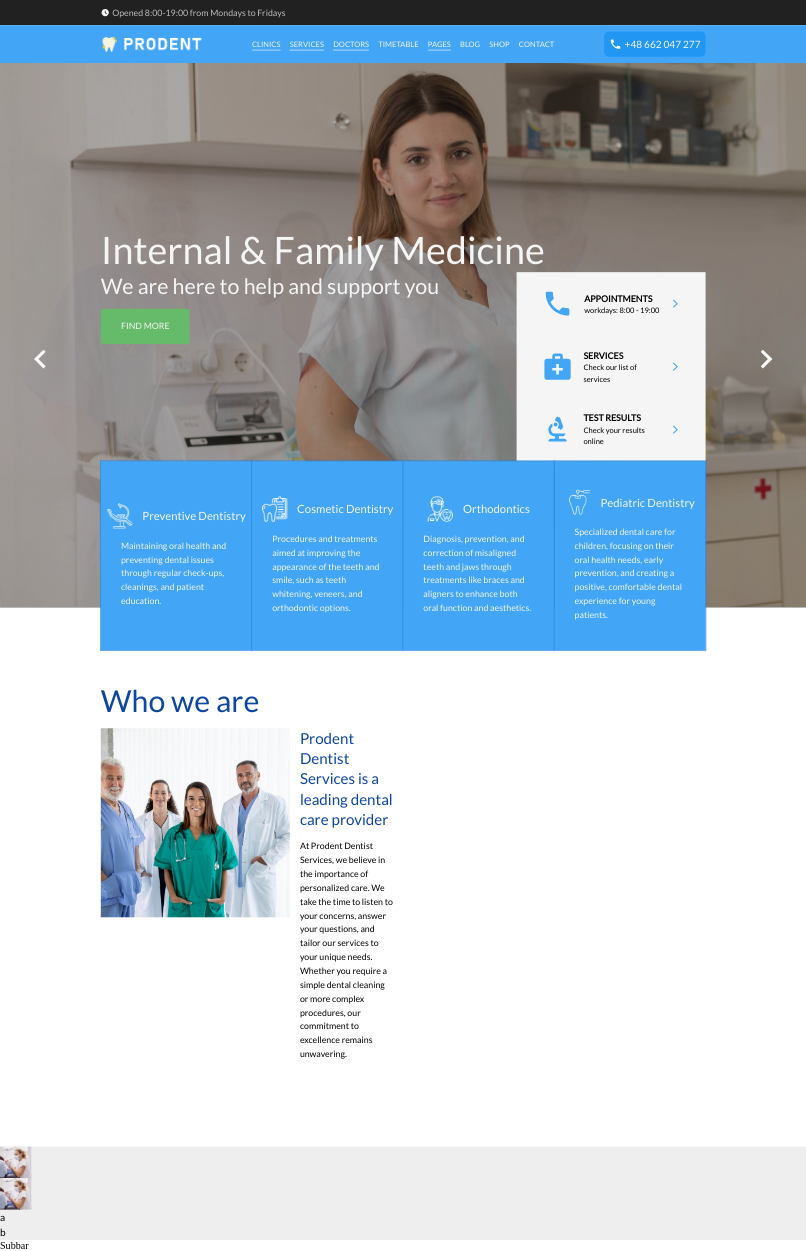
Repository: princ3-web/8
Page: /
An editor plug-in stored every save of this project. The page is shown before and after a run of saves, followed by the edit.
The browser window is 1280 px wide. The pictures show the whole page, at 63% of full size.
The project was rebuilt for these pictures with package versions that can differ from the ones it lists, and the page was loaded fresh each time. Also part of the build but not shown: vite.config.js, src/subpages/About.jsx, src/index.css.

Above is the page before, as saved 2023-11-02 15:30:12.

### index.html
<!doctype html>
<html lang="en">
  <head>
    <meta charset="UTF-8" />
    <link rel="icon" type="image/svg+xml" href="/vite.svg" />
    <meta name="viewport" content="width=device-width, initial-scale=1.0" />
    <title>Vite + React</title>
    <link rel="preconnect" href="https://fonts.googleapis.com">
    <link rel="preconnect" href="https://fonts.gstatic.com" crossorigin>
    <link href="https://fonts.googleapis.com/css2?family=Lato&display=swap" rel="stylesheet">
  </head>
  <body>
    <div id="root"></div>
    <script type="module" src="/src/main.jsx"></script>
  </body>
</html>

### src/App.jsx
import "./App.css";
import { Box } from "@mui/material";
import { Route, Routes } from "react-router-dom";
import Home from "./subpages/Home";
import About from "./subpages/About";
import Navbar from "./components/Navbar";
import Subbar from "./components/Subbar";
import { createTheme, ThemeProvider } from "@mui/material/styles";

function App() {

  const theme = createTheme({
    typography: {
      fontFamily: "Lato, sans-serif",
    },
  });



  return (
    <ThemeProvider theme={theme}>
    <Box>

      <Navbar />

      <Routes>
        <Route path="/" element={<Home />} />
        <Route path="/about" element={<About />} />
      </Routes>
      <Subbar />
    </Box>
    </ThemeProvider>
  );
}

export default App;

### src/App.css
body {
  padding: 0;
  margin: 0;
  overflow-x: "hidden";
}

### src/subpages/Home.jsx
import React, { useEffect, useState } from "react";
import { Box, CardMedia, Typography, Button, Fade } from "@mui/material";
import image1 from "../assets/images/1.jpg";
import image2 from "../assets/images/2.jpg";
import image3 from "../assets/images/3.jpg";
import image4 from "../assets/images/4.jpg";
import image5 from "../assets/images/5.jpg";
import { green, grey, blue } from "@mui/material/colors";
import PhoneIcon from "@mui/icons-material/Phone";
import MedicalServicesIcon from "@mui/icons-material/MedicalServices";
import BiotechIcon from "@mui/icons-material/Biotech";
import ArrowForwardIosIcon from "@mui/icons-material/ArrowForwardIos";
import icon1 from "../assets/icons/1.png";
import icon2 from "../assets/icons/2.png";
import icon3 from "../assets/icons/3.png";
import icon4 from "../assets/icons/4.png";
import SingleCarousel from "../components/SingleCarousel";

const Menu = () => {
  const items0 = [
    {
      title: "Preventive Dentistry",
      text: "Maintaining oral health and preventing dental issues through regular check-ups, cleanings, and patient education.",
      icon: icon1,
    },
    {
      title: "Cosmetic Dentistry",
      text: "Procedures and treatments aimed at improving the appearance of the teeth and smile, such as teeth whitening, veneers, and orthodontic options.",
      icon: icon2,
    },
    {
      title: "Orthodontics",
      text: "Diagnosis, prevention, and correction of misaligned teeth and jaws through treatments like braces and aligners to enhance both oral function and aesthetics.      ",
      icon: icon3,
    },
    {
      title: "Pediatric Dentistry",
      text: "Specialized dental care for children, focusing on their oral health needs, early prevention, and creating a positive, comfortable dental experience for young patients.      ",
      icon: icon4,
    },
  ];

  const items1 = [
    {
      title: "APPOINTMENTS",
      text: "workdays: 8:00 - 19:00",
      icon: <PhoneIcon sx={{ color: blue[400], fontSize: "50px", mr: "1rem" }} />,
    },
    {
      title: "SERVICES",
      text: "Check our list of services",
      icon: <MedicalServicesIcon sx={{ color: blue[400], fontSize: "50px", mr: "1rem" }} />,
    },
    {
      title: "TEST RESULTS",
      text: "Check your results online",
      icon: <BiotechIcon sx={{ color: blue[400], fontSize: "50px", mr: "1rem" }} />,
    },
  ];

  return (
    <Box
      sx={{
        position: "absolute",
        display: "flex",
        flexDirection: "column",
        alignItems: "flex-end",
        boxSizing: "border-box",
        top: "60%",
        px: "160px",
        width: "100%",
      }}
    >
      <Box
        sx={{
          display: "flex",
          flexDirection: "column",
          justifyContent: "space-evenly",
          alignItems: "center",
          backgroundColor: grey[100],
          width: "300px",
          height: "300px",
        }}
      >
        {items1.map((item) => (
          <Box
            sx={{
              display: "flex",
              alignItems: "center",
              justifyContent: "space-between",
              width: "100%",
              height: "33%",
              boxSizing: "border-box",
              px: "40px",
              transition: "0.25s",
              ":hover": {
                backgroundColor: grey[300],
                cursor: "pointer",
              },
            }}
          >
            {item.icon}
            <Box>
              <Typography sx={{ fontSize: "14px", fontWeight: 600 }}>{item.title}</Typography>
              <Typography sx={{ fontSize: "12px" }}>{item.text}</Typography>
            </Box>
            <ArrowForwardIosIcon sx={{ color: blue[400], fontSize: "16px", ml: "1rem" }} />
          </Box>
        ))}
      </Box>
      <Box sx={{ display: "flex", width: "100%" }}>
        {items0.map((item) => (
          <Box
            sx={{
              display: "flex",
              flexDirection: "column",
              justifyContent: "center",
              alignItems: "center",
              backgroundColor: blue[400],
              width: "300px",
              height: "300px",
              outline: "1px solid " + blue[600],
              transition: "0.25s",
              ":hover": {
                backgroundColor: blue[500],
                cursor: "pointer",
              },
            }}
          >
            <Box sx={{ display: "flex", alignItems: "center", mb: "1rem" }}>
              <CardMedia
                component="img"
                src={item.icon}
                alt=""
                sx={{ width: "40px", mr: "1rem" }}
              />
              <Typography color={grey[100]} sx={{ fontSize: "18px" }}>
                {item.title}
              </Typography>
            </Box>
            <Typography color={grey[100]} variant="subtitle2" sx={{ px: "2rem" }}>
              {item.text}
            </Typography>
          </Box>
        ))}
      </Box>
    </Box>
  );
};

const Home = () => {

  const [currentImageIndex, setCurrentImageIndex] = useState(0);

  useEffect(() => {
    const interval = setInterval(() => {
      const nextIndex = (currentImageIndex + 1) % images.length;
      setCurrentImageIndex(nextIndex);
    }, 4000);

    return () => {
      clearInterval(interval);
    };
  }, [currentImageIndex]);

  const images = [image1, image2, image3, image4];

  return (
    <Box>
      <SingleCarousel images={images} />

      <Box sx={{ position: "absolute", top: "50%", left: "160px", zIndex: 1 }}>
        <Typography variant="h2" sx={{ color: grey[100] }}>
          Internal & Family Medicine
        </Typography>
        <Typography variant="h4" sx={{ color: grey[100] }}>
          We are here to help and support you
        </Typography>
        <Button
          sx={{
            backgroundColor: green[400],
            color: grey[100],
            py: "1rem",
            px: "2rem",
            mt: "1rem",
            "&:hover": {
              backgroundColor: green[700],
              cursor: "pointer",
            },
          }}
        >
          FIND MORE
        </Button>
      </Box>
      <Menu />
      <Box sx={{ boxSizing: "border-box", px: "160px", py: "120px" }}>
        <Typography variant="h3" color={blue[900]}>
          Who we are
        </Typography>
        <Box sx={{ display: "flex", width: "50%" }}>
          <CardMedia
            component="img"
            src={image1}
            alt=""
            sx={{ width: "300px", height: "300px", mt: "1rem" }}
          />
          <Box sx={{ p: "1rem" }}>
            <Typography variant="h5" sx={{ mb: "1rem" }} color={blue[900]}>
              Prodent Dentist Services is a leading dental care provider
            </Typography>

            <Typography variant="subtitle2">
              At Prodent Dentist Services, we believe in the importance of personalized care. We
              take the time to listen to your concerns, answer your questions, and tailor our
              services to your unique needs. Whether you require a simple dental cleaning or more
              complex procedures, our commitment to excellence remains unwavering.
            </Typography>
          </Box>
        </Box>
      </Box>
      <Box sx={{backgroundColor: grey[200]}}>
        <CardMedia component="img" src={image5} alt="" sx={{ width: "50px", height: "50px" }} />
        <Box>
        <CardMedia component="img" src={image5} alt="" sx={{ width: "50px", height: "50px" }} />
        <Typography>a</Typography>
        <Typography>b</Typography>
        </Box>
      </Box>
    </Box>
  );
};

export default Home;

### src/components/Navbar.jsx
import React from "react";
import { Box, Typography, CardMedia, Menu, MenuItem } from "@mui/material";
import { blue, grey } from "@mui/material/colors";
import PhoneIcon from "@mui/icons-material/Phone";
import AccessTimeFilledIcon from "@mui/icons-material/AccessTimeFilled";
import logo from "../assets/icons/logo.png";

const Navbar = () => {
  const items = [
    { name: "CLINICS", items: ["Dental Clinic 1", "Dental Clinic 2", "Dental Clinic 3"] },
    { name: "SERVICES", items: ["Orthodontics", "Cosmetic Dentistry", "Preventive Dentistry"] },
    { name: "DOCTORS", items: ["Dentist 1", "Dentist 2", "Dentist 3"] },
    { name: "TIMETABLE", items: [] },
    { name: "PAGES", items: ["Home Page", "About Us", "Services Page"] },
    { name: "BLOG", items: [] },
    { name: "SHOP", items: [] },
    {
      name: "CONTACT",
      items: [],
    },
  ];

  const handleMenuItemHover = (event, index) => {
    const dropdownMenu = event.currentTarget.querySelector(".dropdown-menu");
    if (dropdownMenu) {
      dropdownMenu.style.visibility = "visible";
      dropdownMenu.style.filter = "opacity(1)";
    }
  };

  const handleMenuItemLeave = (event) => {
    const dropdownMenu = event.currentTarget.querySelector(".dropdown-menu");
    if (dropdownMenu) {
      dropdownMenu.style.visibility = "hidden";
      dropdownMenu.style.filter = "opacity(0)";
    }
  };

  return (
    <Box sx={{ position: "relative", zIndex: 2 }}>
      <Box
        sx={{
          display: "flex",
          alignItems: "center",
          height: "40px",
          width: "100%",
          backgroundColor: grey[900],
          pl: "160px",
          boxSizing: "border-box",
        }}
      >
        <AccessTimeFilledIcon sx={{ color: grey[100], fontSize: "14px", mr: "0.25rem" }} />
        <Typography color={grey[400]} variant="subtitle2">
          Opened 8:00-19:00 from Mondays to Fridays
        </Typography>
      </Box>
      <Box
        sx={{
          display: "flex",
          justifyContent: "space-between",
          alignItems: "center",
          boxSizing: "border-box",
          px: "160px",
          backgroundColor: blue[400],
          height: "60px",
        }}
      >
        <Box>
          <CardMedia component="img" src={logo} alt="" sx={{ height: "30px" }} />
        </Box>
        <Box
          sx={{
            display: "flex",
            justifyContent: "space-between",
            alignItems: "center",
            width: "50%",
            height: "100%",
          }}
        >
          {items.map((item, index) => (
            <Box
              key={index}
              onMouseEnter={(e) => handleMenuItemHover(e, index)}
              onMouseLeave={handleMenuItemLeave}
              sx={{ display: "flex", alignItems: "center", height: "100%" }}
            >
              <Typography
                sx={{
                  color: grey[100],
                  textDecoration: item.items.length < 1 ? "none" : "underline",
                  textUnderlineOffset:"5px",
                  fontSize: "12px",
                  ":hover": { cursor: "pointer", color: blue[100] },
                }}
              >
                {item.name}
              </Typography>
              <Box
                className="dropdown-menu"
                sx={{
                  visibility: "hidden",
                  position: "absolute",
                  backgroundColor: grey[100],
                  transition: "0.5s",
                  filter: "opacity(0)",
                  fontSize: "12px",
                  mt: "190px",
                  ml: "-10px",
                  py:"0.5rem",
                }}
              >
                {item.items.map((item) => (

                  <MenuItem sx={{ fontSize: "12px", p:"1rem", pr:"7rem" }}>{item}</MenuItem>
                ))}
              </Box>
            </Box>
          ))}
        </Box>
        <Box
          sx={{
            display: "flex",
            alignItems: "center",
            p: "0.5rem",
            borderRadius: ".5rem",
            backgroundColor: blue[500],
          }}
        >
          <PhoneIcon sx={{ color: grey[100], fontSize: "20px", mr: "0.25rem" }} />
          <Typography color={grey[100]}>+48 662 047 277</Typography>
        </Box>
      </Box>
    </Box>
  );
};

export default Navbar;

### src/components/Subbar.jsx
import React from 'react'

const Subbar = () => {
  return (
    <div>Subbar</div>
  )
}

export default Subbar

### src/components/SingleCarousel.jsx
import React, { useState, useEffect } from "react";
import KeyboardArrowLeftIcon from "@mui/icons-material/KeyboardArrowLeft";
import KeyboardArrowRightIcon from "@mui/icons-material/KeyboardArrowRight";
import IconButton from "@mui/material/IconButton";
import Box from "@mui/material/Box";
import { grey } from "@mui/material/colors";
import { CardMedia } from "@mui/material";

const SingleCarousel = ({ images }) => {
  const [index, setIndex] = useState(0);
  const [transition, setTransition] = useState(false);
  const [hover, setHover] = useState(false);

  useEffect(() => {
    const interval = setInterval(() => {
      setIndex((state) => (state === images.length - 1 ? 0 : state + 1));
    }, 5000);

    return () => {
      clearInterval(interval);
    };
  }, [hover]);

  const handlePrevious = () => {
    if (!transition) {
      setTransition(true);
      setIndex((state) => (state > 0 ? setIndex(state - 1) : setIndex(images.length - 1)));
      setTimeout(() => setTransition(false), 500);
    }
  };

  const handleNext = () => {
    if (!transition) {
      setTransition(true);
      setIndex((state) => (state < images.length - 1 ? setIndex(state + 1) : setIndex(0)));
      setTimeout(() => setTransition(false), 500);
    }
  };

  return (
    <Box height={"120vh"} sx={{ position: "relative", overflow: "hidden", backgroundColor: grey[900] }}>
      {images.map((item, n) => (
        <Box
          sx={{
            position: "absolute",
            justifyContent: "center",
            alignContent: "center",
            width: "100%",
            height: "100%",
            transition: "2s",
            filter: n === index ? "Opacity(1)" : "Opacity(0)",
          }}
        >
          <CardMedia
            component="img"
            src={item}
            sx={{ height: "100%", filter: "brightness(0.8)" }}
          />

        </Box>
      ))}
      <Box
        sx={{
          position: "absolute",
          display: "flex",
          justifyContent: "space-between",
          width: "96%",
          left: "2%",
          top: "50%",
        }}
      >
        <IconButton
          onClick={handlePrevious}
          onMouseOver={() => setHover(true)}
          onMouseLeave={() => setHover(false)}
        >
          <KeyboardArrowLeftIcon style={{ color: grey[50], zIndex: 10, fontSize: 60 }} />
        </IconButton>
        <IconButton
          onClick={handleNext}
          onMouseOver={() => setHover(true)}
          onMouseLeave={() => setHover(false)}
        >
          <KeyboardArrowRightIcon style={{ color: grey[50], zIndex: 10, fontSize: 60 }} />
        </IconButton>
      </Box>
    </Box>
  );
};

export default SingleCarousel;

Loaded but not shown: src/main.jsx (common file); src/index.css (no copy from this time; the picture is the same without it)

After the next 4 saves:
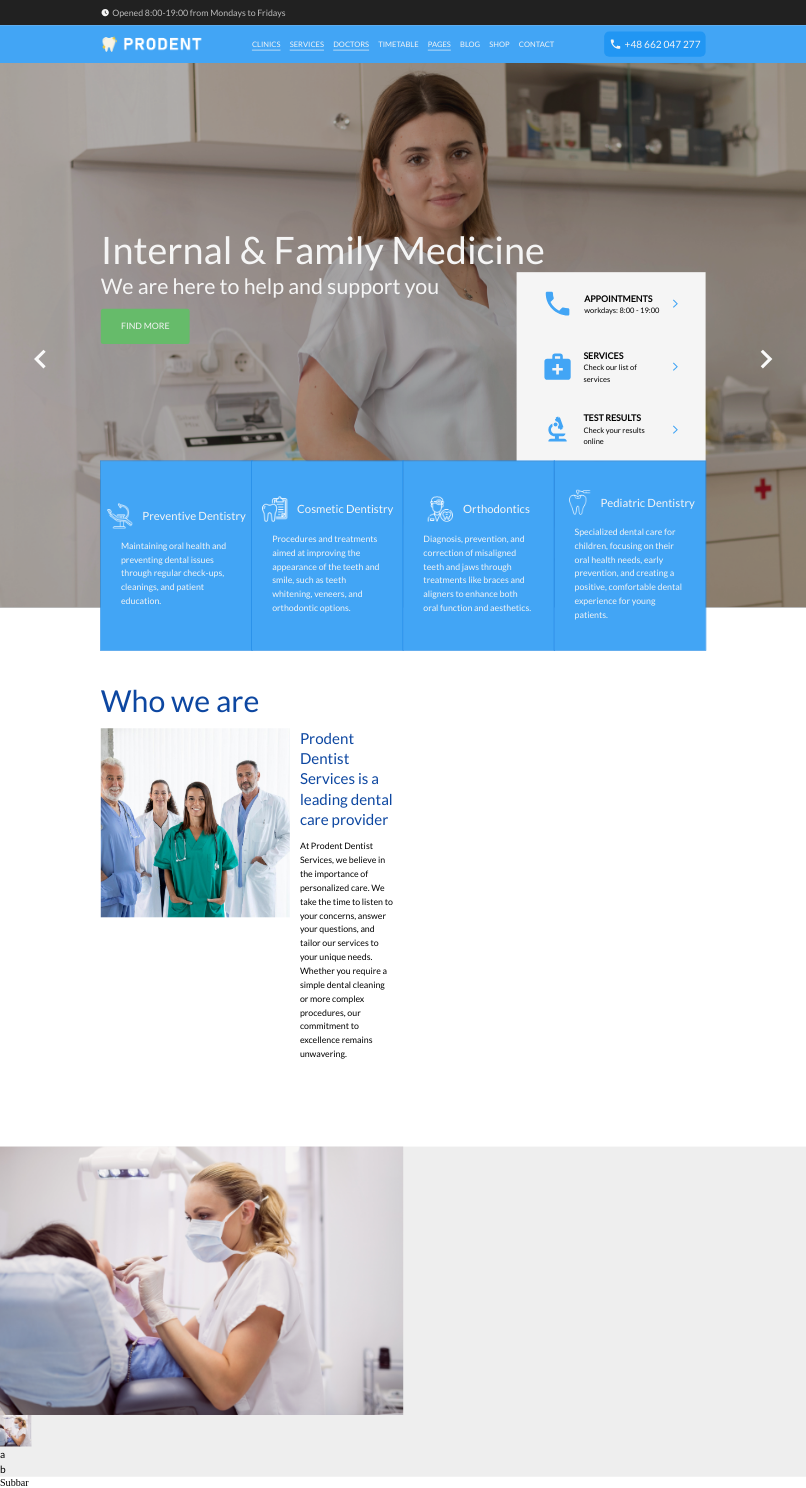
The 4 saves are shown as one change because they came seconds apart.
The last was saved 13 s later.
--- a/src/subpages/Home.jsx
+++ b/src/subpages/Home.jsx
@@ -219,7 +219,7 @@ const Home = () => {
         </Box>
       </Box>
       <Box sx={{backgroundColor: grey[200]}}>
-        <CardMedia component="img" src={image5} alt="" sx={{ width: "50px", height: "50px" }} />
+        <CardMedia component="img" src={image5} alt="" sx={{ width: "50%", height: "100%" }} />
         <Box>
         <CardMedia component="img" src={image5} alt="" sx={{ width: "50px", height: "50px" }} />
         <Typography>a</Typography>
